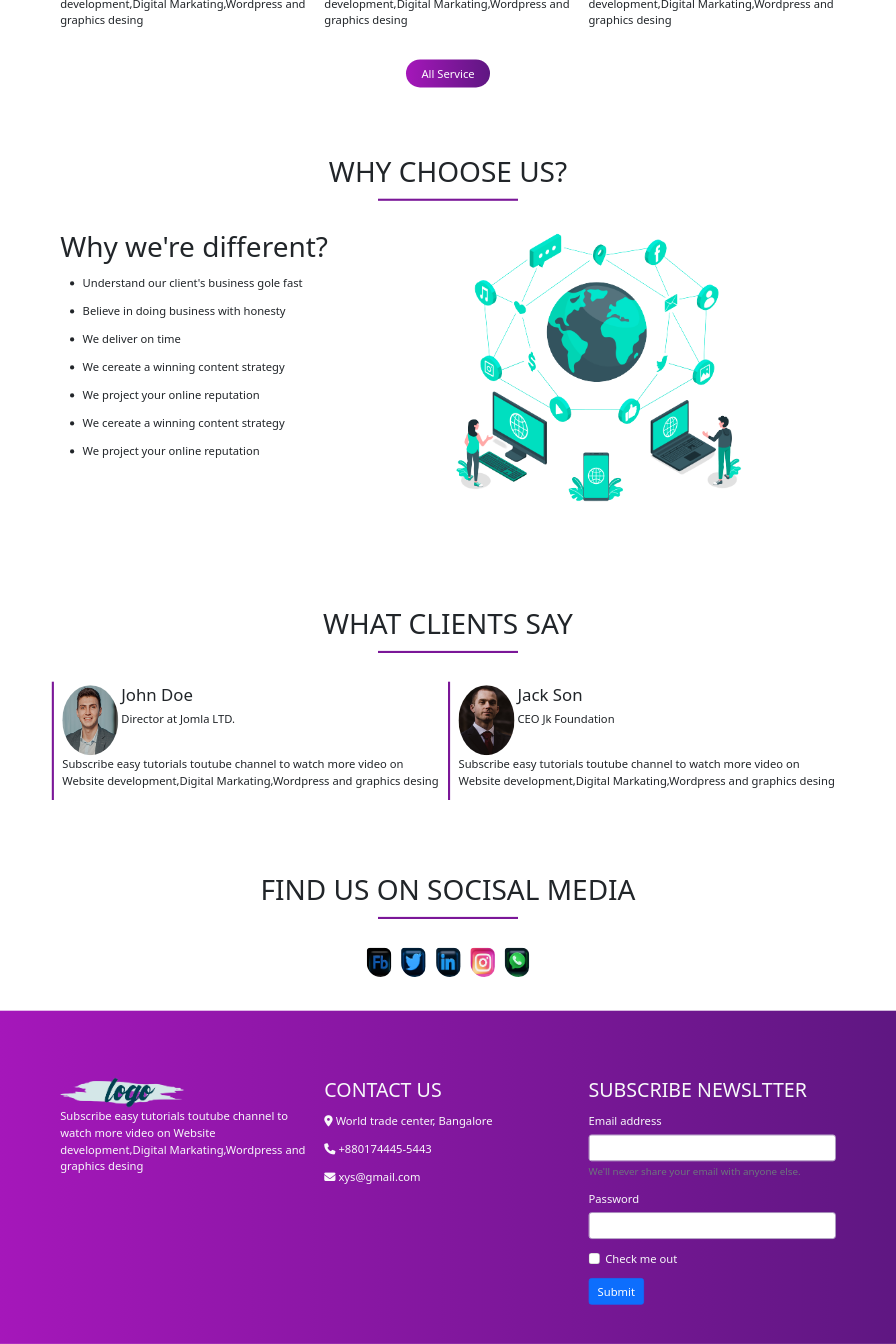
Repository: zjria/PSD-to-HTML-DIGITAL-AGENCY
Page: index.html
These files come from the project's save history. The page is drawn as it stood at one moment and after the next save; the edit follows.
The browser window is 1280 px wide. The pictures show the part of the page from y = 887 to 2807 px (the page is 2807 px tall before and 2664 px after), at 70% of full size.
Some web libraries are served in a nearby version.

Above is the page before, as saved 2022-05-11 23:17:39.

After the next save:
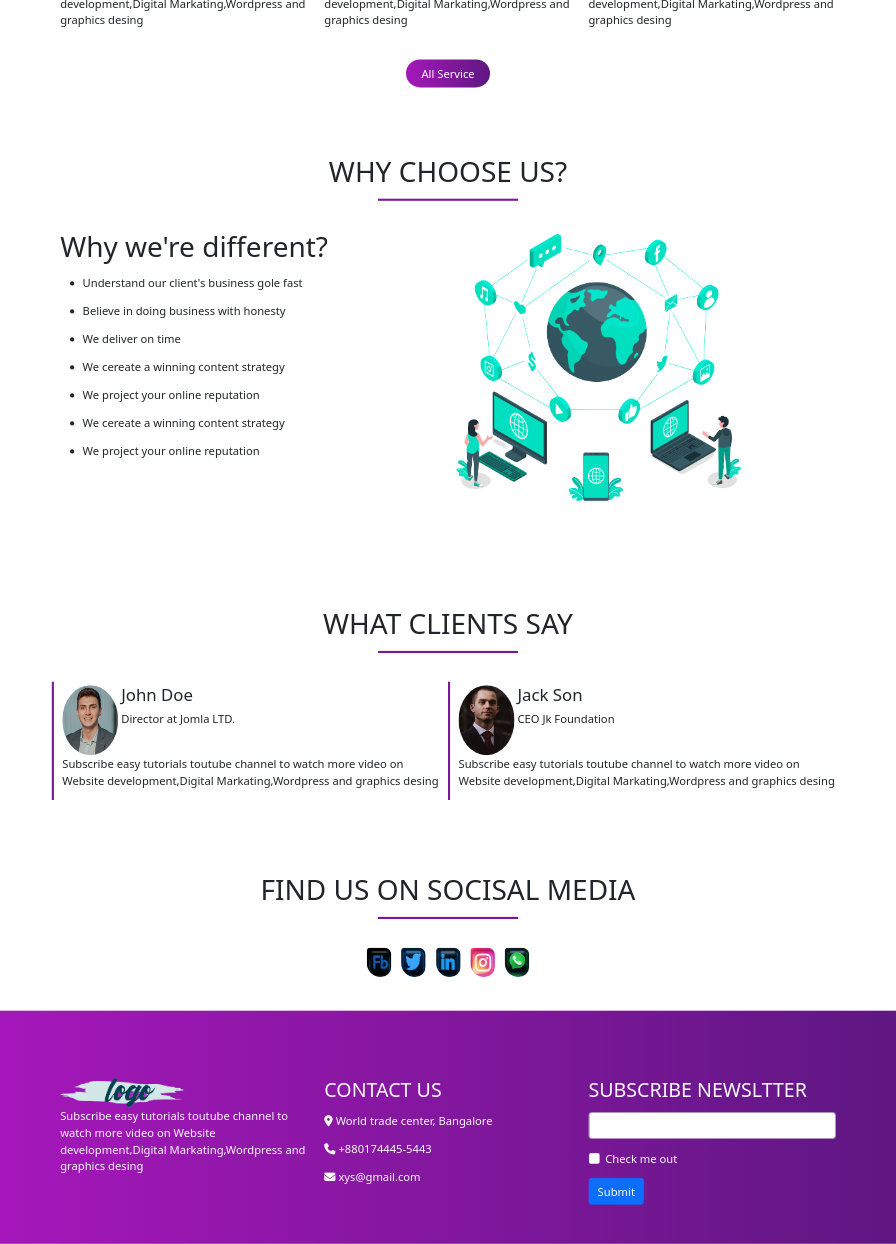
Saved 28 s later.
--- a/index.html
+++ b/index.html
@@ -195,14 +195,11 @@
 
             <form>
               <div class="mb-3">
-                <label for="exampleInputEmail1" class="form-label">Email address</label>
+
                 <input type="email" class="form-control" id="exampleInputEmail1" aria-describedby="emailHelp">
-                <div id="emailHelp" class="form-text">We'll never share your email with anyone else.</div>
+
               </div>
-              <div class="mb-3">
-                <label for="exampleInputPassword1" class="form-label">Password</label>
-                <input type="password" class="form-control" id="exampleInputPassword1">
-              </div>
+
               <div class="mb-3 form-check">
                 <input type="checkbox" class="form-check-input" id="exampleCheck1">
                 <label class="form-check-label" for="exampleCheck1">Check me out</label>
